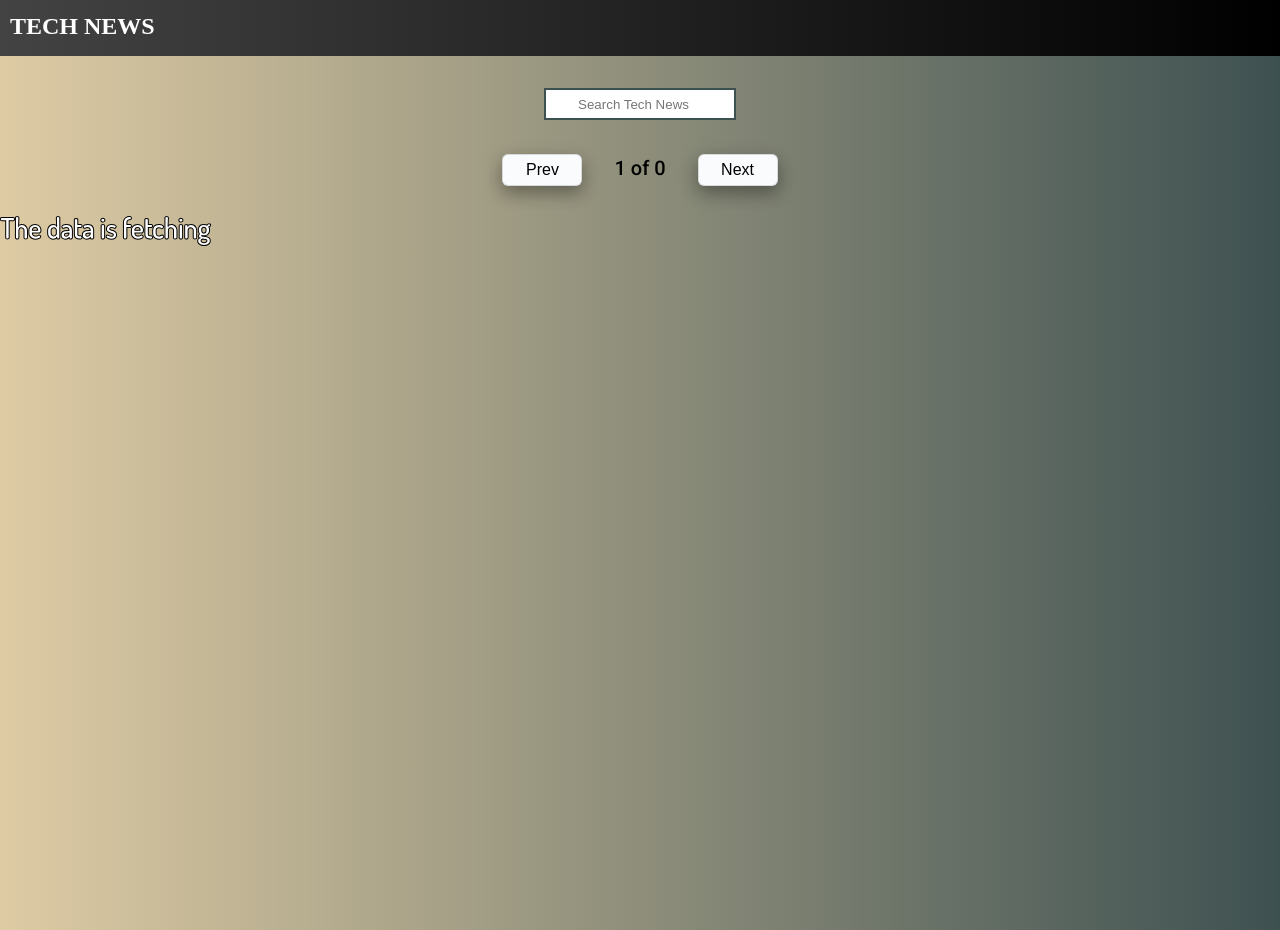
Repository: suraj-yadav7/TechNews
Page: /
These files come from the project's save history. The page is drawn as it stood at one moment and after the next save; the edit follows.
The browser window is 1280 px wide. The pictures show the whole page.
The page's requests for data from a server got no answer. Some web fonts or font styles are not loaded; a fallback is used. The project was rebuilt for these pictures with package versions that can differ from the ones it lists, and the page was loaded fresh each time. No one was signed in, and anything a server would have sent is missing.

Above is the page before, as saved 2023-04-28 18:10:34.

After the next save:
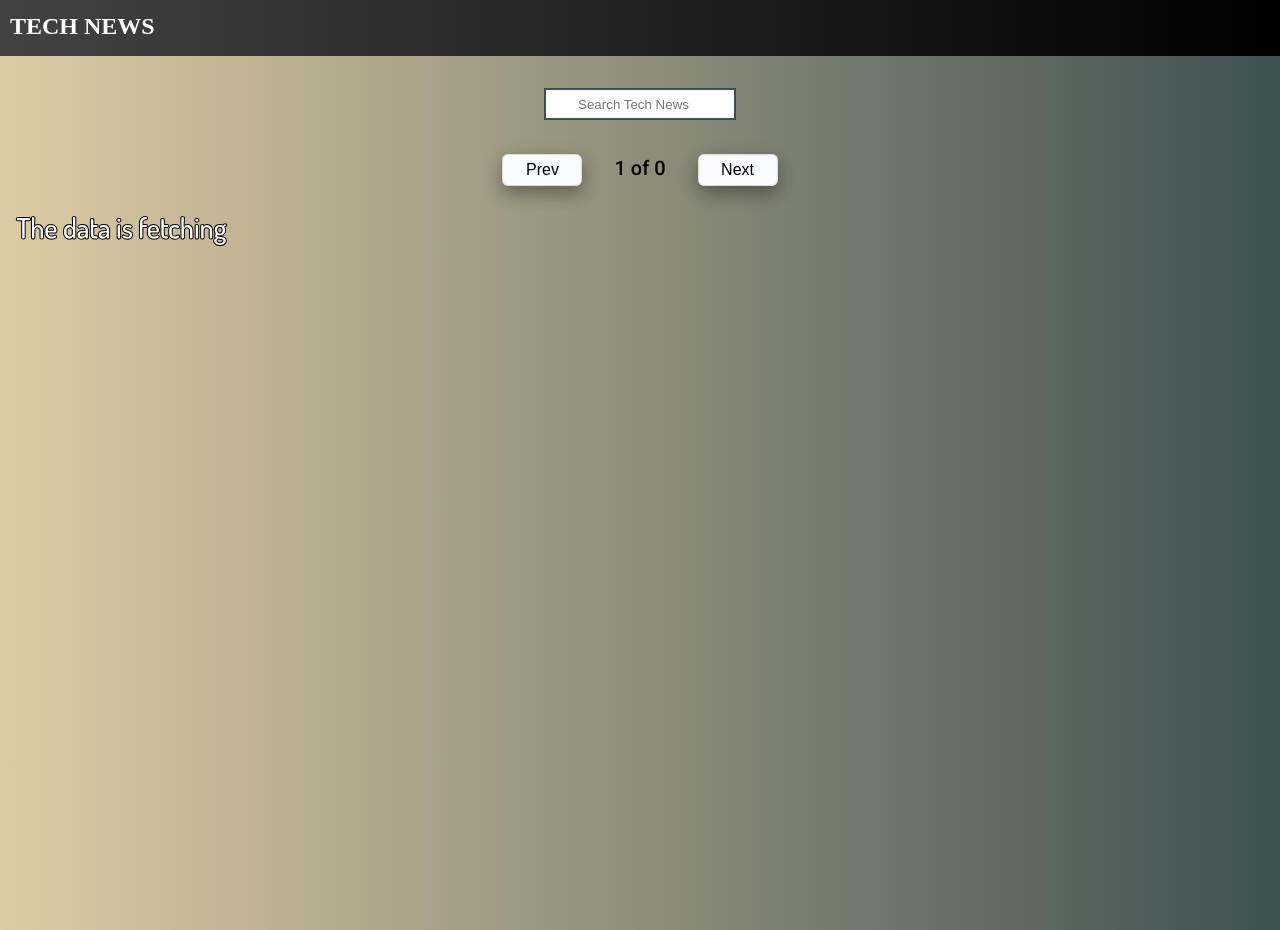
Saved 29 s later.
--- a/src/App.css
+++ b/src/App.css
@@ -70,6 +70,7 @@
   -webkit-text-fill-color: white;
   -webkit-text-stroke-width: 1px;
   -webkit-text-stroke-color: black;
+  padding-left: 1rem;
 
 }
 .parentStory{
